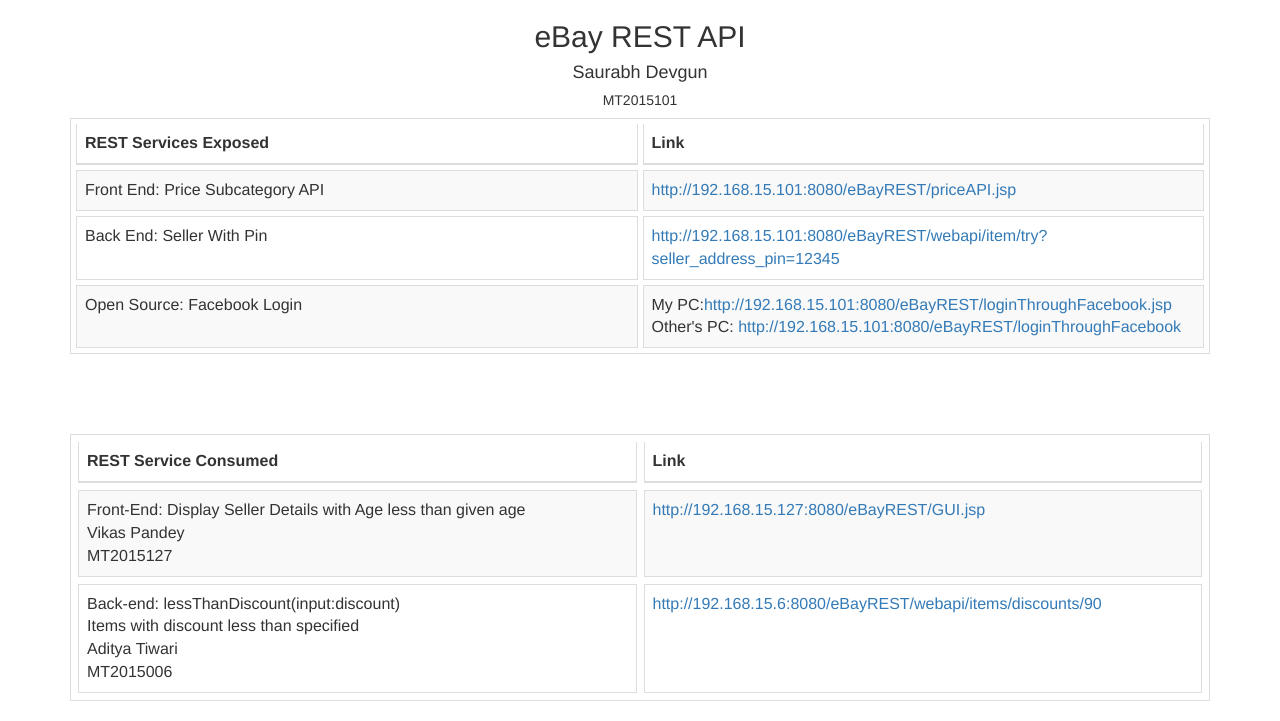
Repository: saurabh-devgun-iiitb/RESTProject
Page: http://localhost/eBayREST/
The author's editor kept a copy of each file at every save. The page is drawn from the files as they stood at one save, then again after the next save.
The browser window is 1280 px wide. The pictures show the whole page.
The page is served by Tomcat 9. Other server files are loaded and not shown.

Above is the page before, as saved 2016-07-28 12:36:00.

### eBayREST/WebContent/index.jsp
<html>
<head>
  <meta name="viewport" content="width=device-width, initial-scale=1">
  <link rel="stylesheet" href="http://maxcdn.bootstrapcdn.com/bootstrap/3.3.6/css/bootstrap.min.css">
  <script src="https://ajax.googleapis.com/ajax/libs/jquery/1.12.4/jquery.min.js"></script>
  <script src="http://maxcdn.bootstrapcdn.com/bootstrap/3.3.6/js/bootstrap.min.js"></script>
  <style>
  	table{
  		border-spacing:7px;
  		border-collapse:separate;
  		table-layout:fixed;
  		width:300px;
  	}
  </style>
</head>
<body>
	<div align="center">
	    <h2>eBay REST API</h2>
	    <h4>Saurabh Devgun</h4>
	    <h5>MT2015101</h5>
    </div>
    <div class = "container">
    <table class="table table-hover table-striped table-bordered" style="border-spacing:5px">
      <thead>
        <tr>
          <th>REST Services Exposed</th>
          <th>Link</th>
        </tr>
      </thead>
      <tbody>
        <tr>
          <td>Front End: Price Subcategory API</td>
          <td><a href="priceAPI.jsp">http://192.168.15.101:8080/eBayREST/priceAPI.jsp</a></td>
        </tr>
        <tr>
          <td>Back End: Seller With Pin</td>
          <td><a href="sellerWithPin.jsp">http://192.168.15.101:8080/eBayREST/webapi/item/try?seller_address_pin=12345</a></td>
        </tr>
        <tr>
          <td>Open Source: Facebook Login</td>
          <td>My PC:<a href="loginThroughFacebook.jsp">http://192.168.15.101:8080/eBayREST/loginThroughFacebook.jsp</a>
				<br>Other's PC: <a href="loginThroughFacebookWithMoreControl.jsp">http://192.168.15.101:8080/eBayREST/loginThroughFacebook</a>
          </td>
        </tr>
      </tbody>
    </table>
    </div>
    <br><br><br>
    <div class="container">
    	<table class="table table-hover table-striped table-bordered">
      <thead>
        <tr>
          <th>REST Service Consumed</th>
          <th>Link</th>
        </tr>
      </thead>
      <tbody>
        <tr>
          <td>Front-End: Display Seller Details with Age less than given age<br>Vikas Pandey<br>MT2015127</td>
          <td><a href="http://192.168.15.127:8080/eBayREST/GUI.jsp">http://192.168.15.127:8080/eBayREST/GUI.jsp</a></td>
        </tr>
        <tr>
          <td>Back-end: lessThanDiscount(input:discount)<br>Items with discount less than specified<br>Aditya Tiwari<br>MT2015006</td>
          <td><a href="http://192.168.15.6:8080/eBayREST/itemDiscount.jsp">http://192.168.15.6:8080/eBayREST/webapi/items/discounts/90</a></td>
        </tr>
      </tbody>
    </table>
    </div>
    <!--
    <p><a href="priceAPI.jsp">Price API</a></p>
    <p><a href="loginThroughFacebook.jsp">Login through Facebook</a></p>
    <p><a href="sellerWithPin.jsp">Get Sellers In City with pin</a></p>
    -->
</body>
</html>

After the next save:
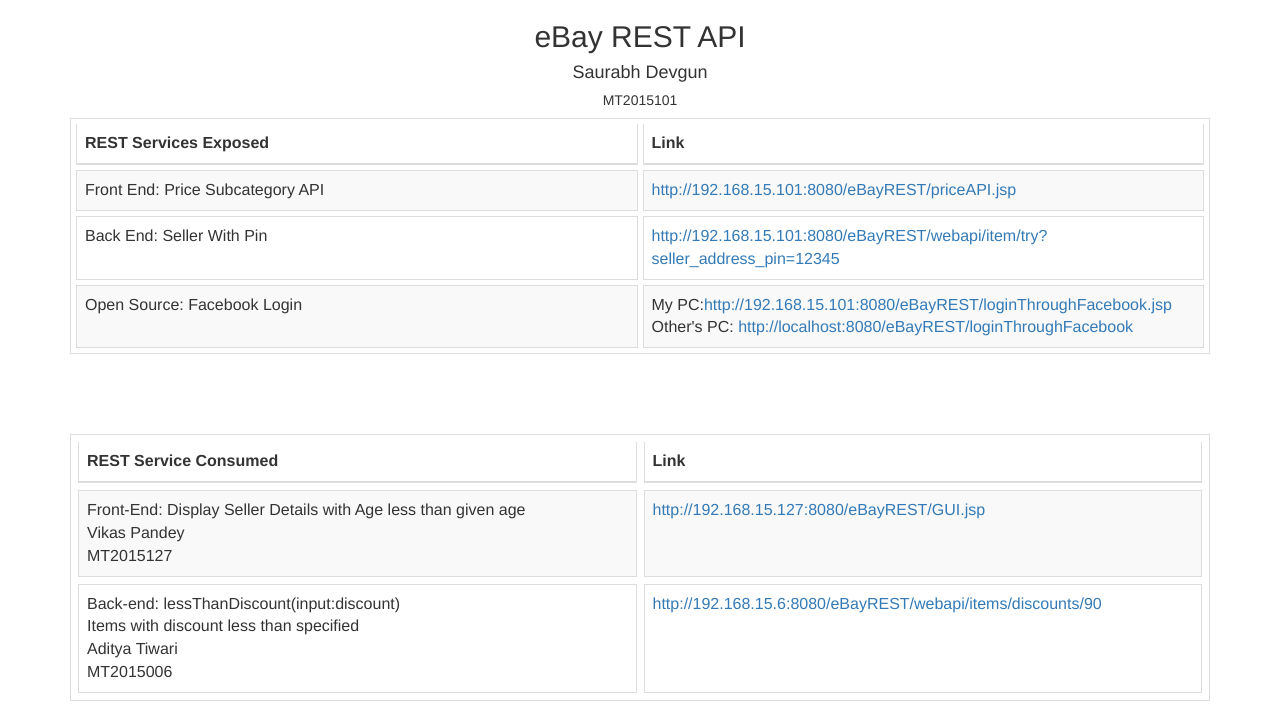
Saved 62 min 15 s later.
--- a/eBayREST/WebContent/index.jsp
+++ b/eBayREST/WebContent/index.jsp
@@ -39,7 +39,7 @@
         <tr>
           <td>Open Source: Facebook Login</td>
           <td>My PC:<a href="loginThroughFacebook.jsp">http://192.168.15.101:8080/eBayREST/loginThroughFacebook.jsp</a>
-				<br>Other's PC: <a href="loginThroughFacebookWithMoreControl.jsp">http://192.168.15.101:8080/eBayREST/loginThroughFacebook</a>
+				<br>Other's PC: <a href="loginThroughFacebookWithMoreControl.jsp">http://localhost:8080/eBayREST/loginThroughFacebook</a>
           </td>
         </tr>
       </tbody>
